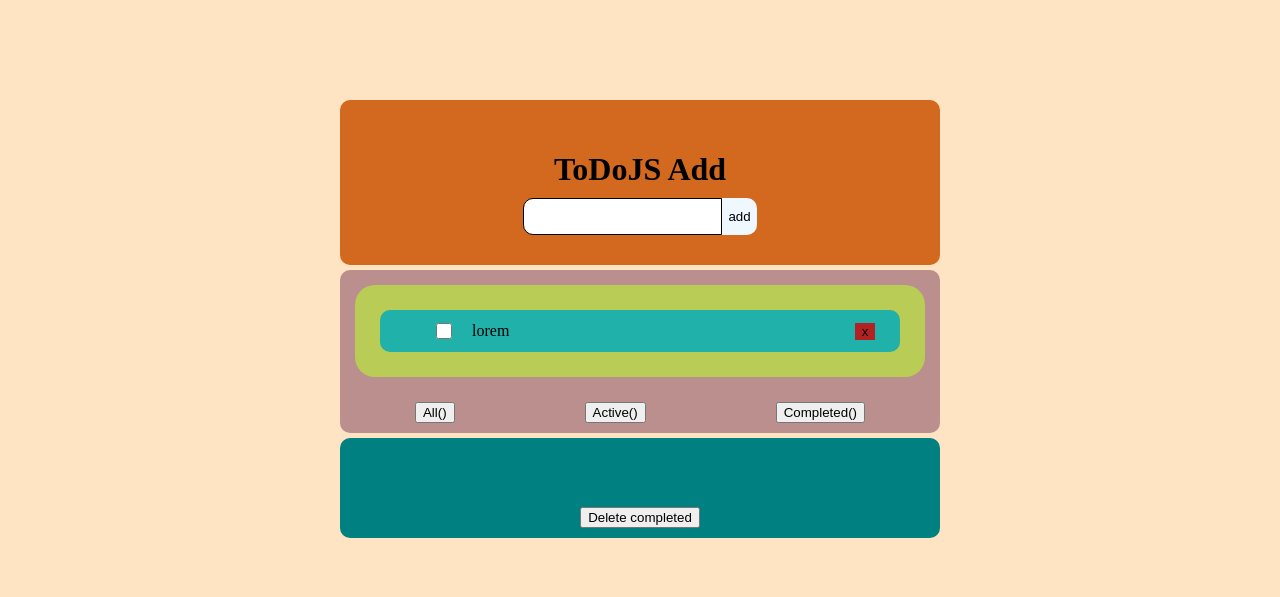
Repository: Savich01/ToDo
Page: index.html
These files come from the project's save history. The page is drawn as it stood at one moment and after the next save; the edit follows.
The browser window is 1280 px wide. The pictures show the whole page.

Above is the page before, as saved 2024-05-08 10:35:18.

After the next save:
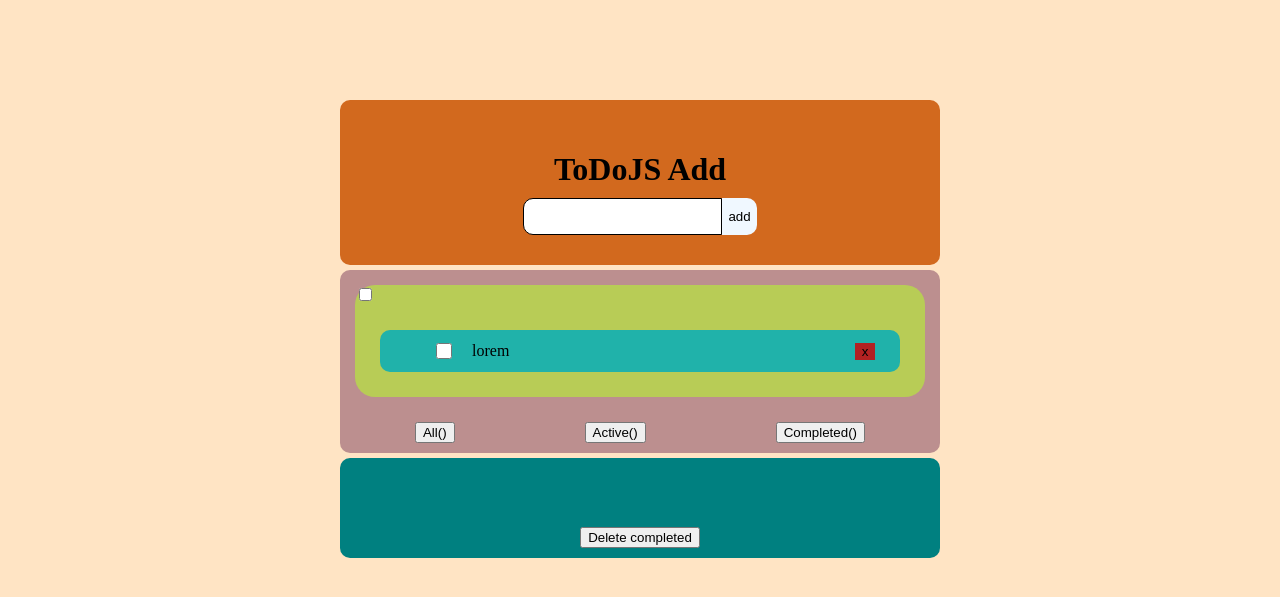
Saved 114 s later.
--- a/index.html
+++ b/index.html
@@ -22,6 +22,7 @@
         <div class="main-block">
 
             <div class="main-container">
+                <input class="checkbox-Active" type="checkbox">
                 <ul class="main-container--list">
                     <li class="main-container--list-link">
                         <input class="main-checked" type="checkbox" data-action = "done">
